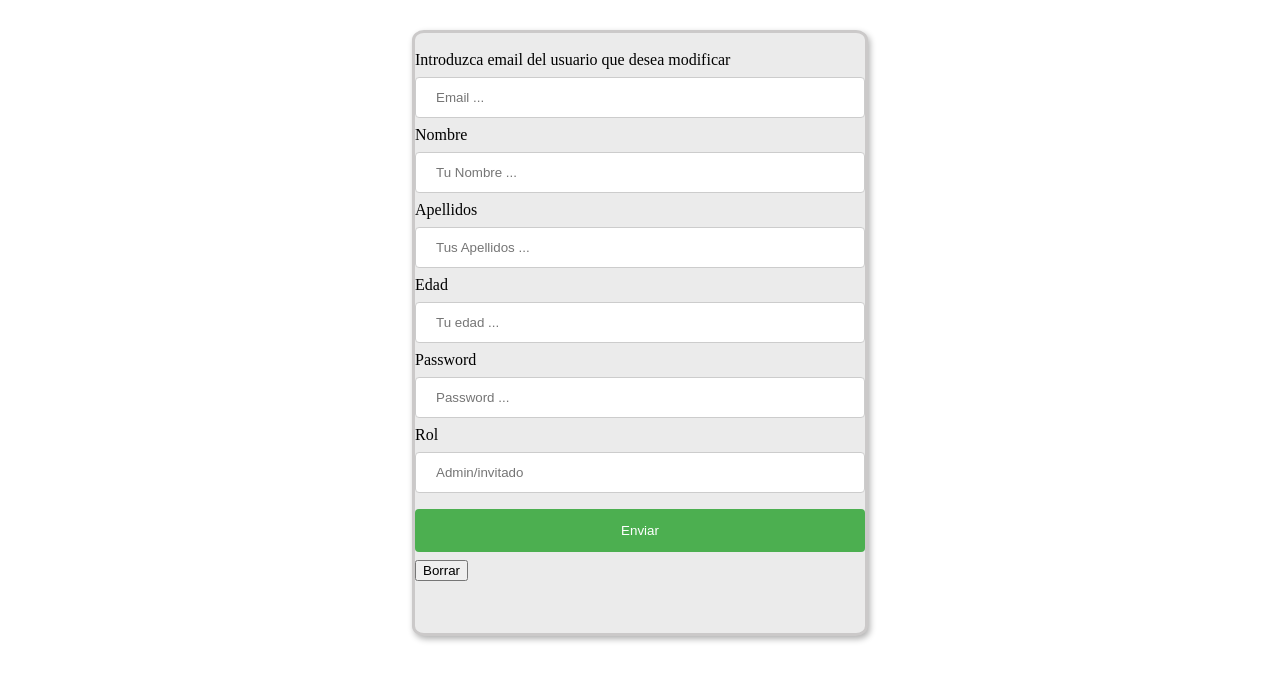
Repository: nachmz42/ProyectoJoker
Page: http://localhost/Joker/modificarusuario.jsp
The author's editor kept a copy of each file at every save. The page is drawn from the files as they stood at one save, then again after the next save.
The browser window is 1280 px wide. The pictures show the whole page.
The page is served by Tomcat 9.

Above is the page before, as saved 2021-07-02 11:02:47.

After the next save:
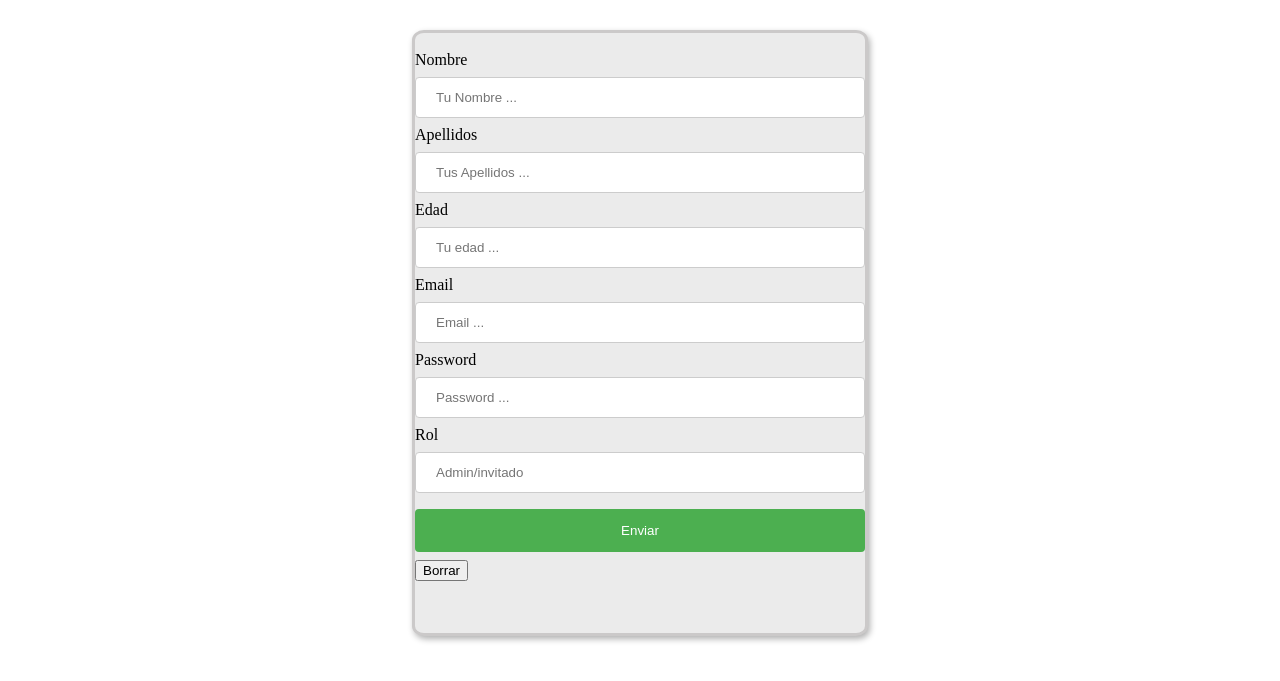
Saved 6 min 40 s later.
--- a/Joker/src/main/webapp/modificarusuario.jsp
+++ b/Joker/src/main/webapp/modificarusuario.jsp
@@ -13,29 +13,33 @@
 <div class= "testbox">
   <form action="/Joker/ServletModificarusuario" method="post"><br>
 
-  	<label for="email">Introduzca email del usuario que desea modificar</label>
-    <input type="email" id="email" name="email" placeholder="Email ..." required><br>
+  		<div class="form2" style="">
+    <label for="nombre" id="1">Nombre</label><br>
+    <input type="text" id="nombre" name="nombre" placeholder="Tu Nombre ..."  required><br>
 
-    <label for="nombre">Nombre</label>
-    <input type="text" id="nombre" name="nombre" placeholder="Tu Nombre ..." required><br>
-
-    <label for="apellidos">Apellidos</label>
-    <input type="text" id="apellidos" name="apellidos" placeholder="Tus Apellidos ..."  required><br>
+    <label for="apellidos"  >Apellidos</label><br>
+    <input type="text" id="apellidos" name="apellidos" placeholder="Tus Apellidos ..." required><br>
 
 
-    <label for="edad">Edad</label>
-    <input type="text" id="edad" name="edad" placeholder="Tu edad ..." required><br>
+    <label for="edad" id="1">Edad</label><br>
+    <input type="text" id="edad" name="edad" placeholder="Tu edad ..."  required  ><br>
 
-    <label for="password">Password</label>
-    <input type="text" id="password" name="password" placeholder="Password ..." required>  <br>
 
-    <label for="rol">Rol</label>
-    <input type="text" id="rol" name="rol" placeholder="Admin/invitado" required>  <br>
+    <label for="email" id="1">Email</label><br>
+    <input type="email" id="email" name="email" placeholder="Email ..."  required>
+     <i class="icon-user"></i><br>
+
+
+    <label for="password" id="1" >Password</label><br>
+    <input type="text" id="password" name="password" placeholder="Password ..."  required>  <br>
+
+    <label for="rol" id="1" >Rol</label><br>
+    <input type="text" id="rol" name="rol" placeholder="Admin/invitado"  required  >  <br>
 
 
     <input type="submit" value="Enviar"><br>
     <input type="reset" value="Borrar"><br>
-  </form>
+   </div>
 </div>
 
 </body>
